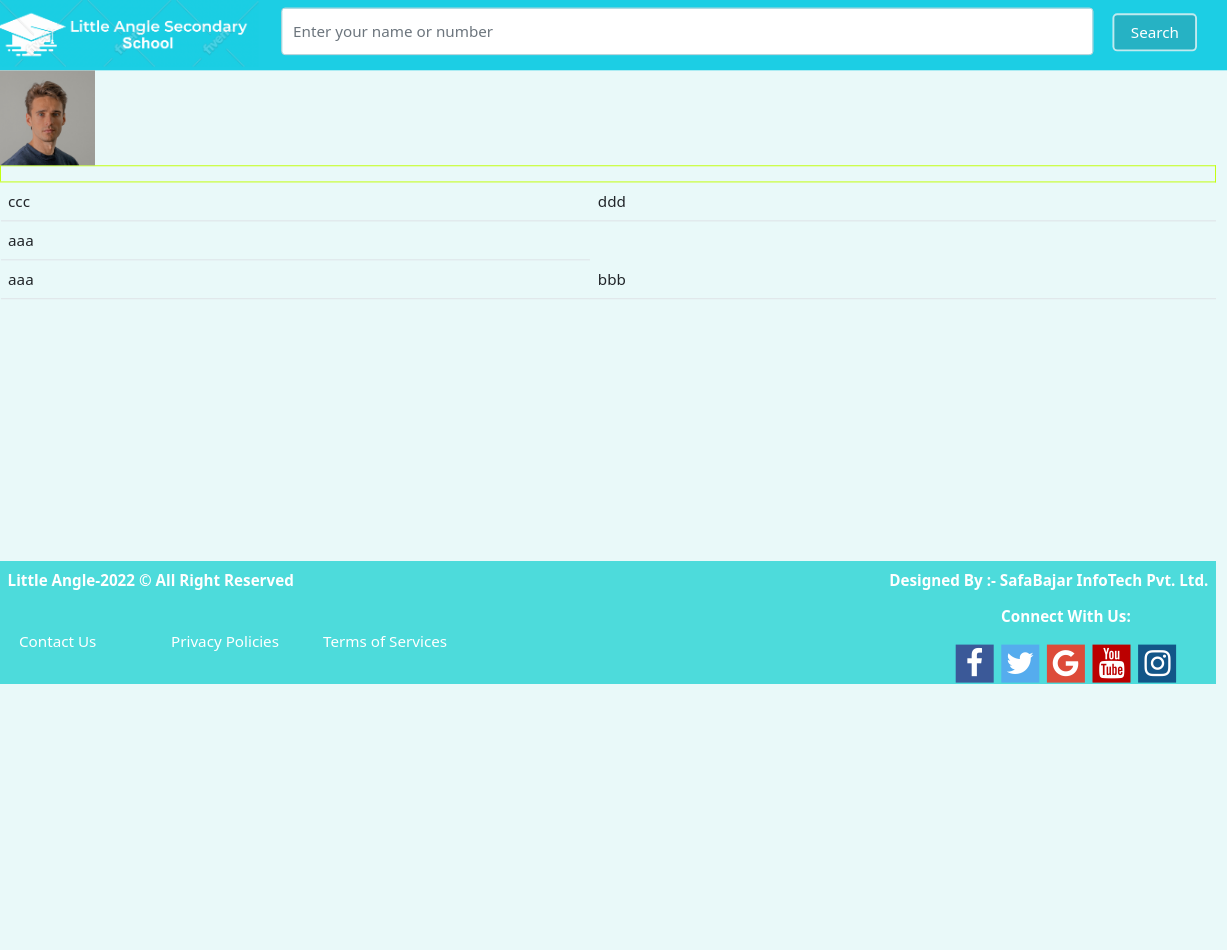
Repository: Sjuicyy/School-Project
Page: profilesview.html
An editor plug-in stored every save of this project. The page is shown before and after the next save, followed by the edit.
The browser window is 1280 px wide. The page is 1292 px wide, so the pictures cover 1292 px, including what lies to the right of the window. The pictures show the whole page, at 95% of full size.

Above is the page before, as saved 2022-09-22 11:44:23.

After the next save:
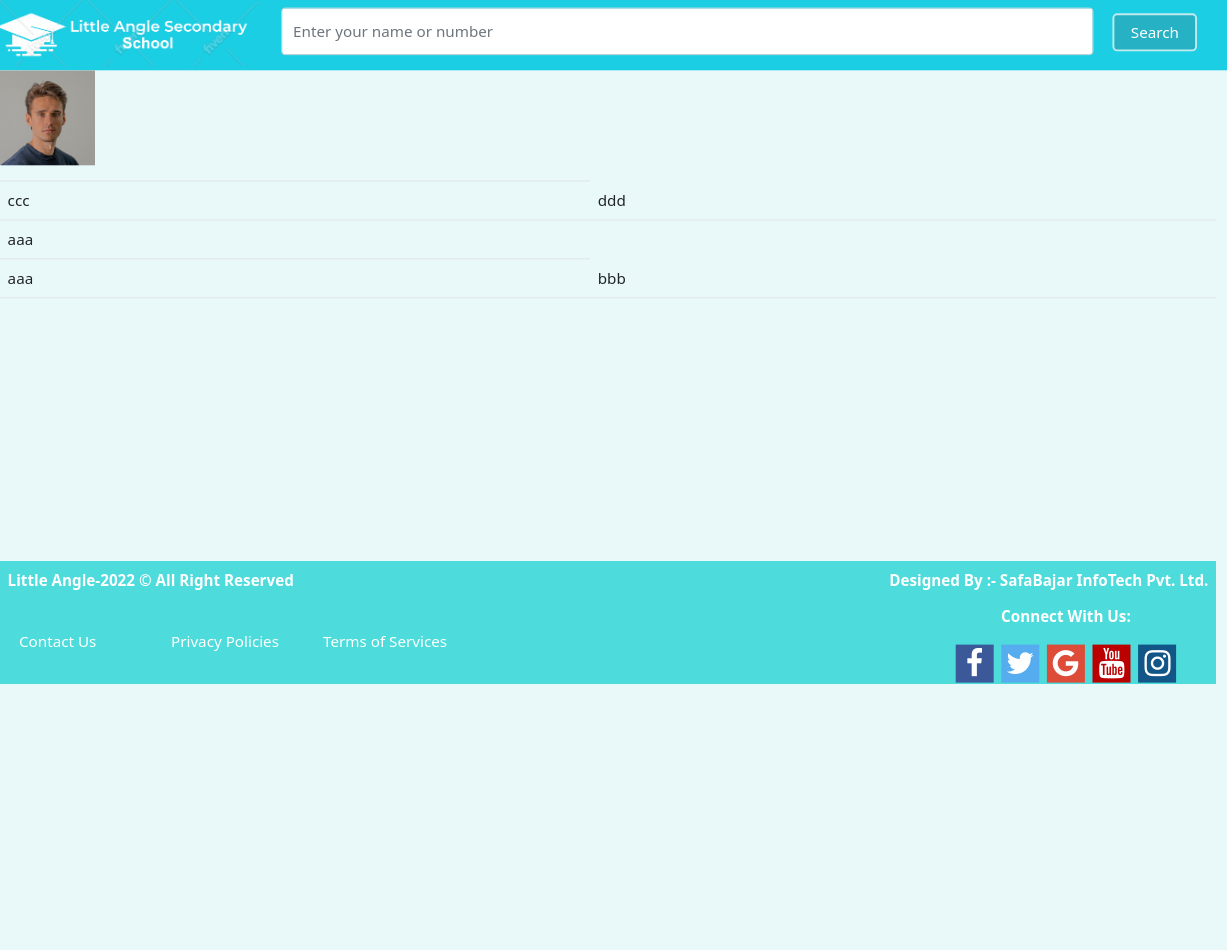
Saved 14 s later.
--- a/profilesview.html
+++ b/profilesview.html
@@ -236,7 +236,7 @@
     <div class="table-responsive text-nowrap">
         <table class="table table-hover">
             <tbody class="table-border-bottom-0">
-                <tr class="text-nowrap yello">
+                <tr class="text-nowrap">
                     <td>
                         <tr>
                             <td>ccc</td>
